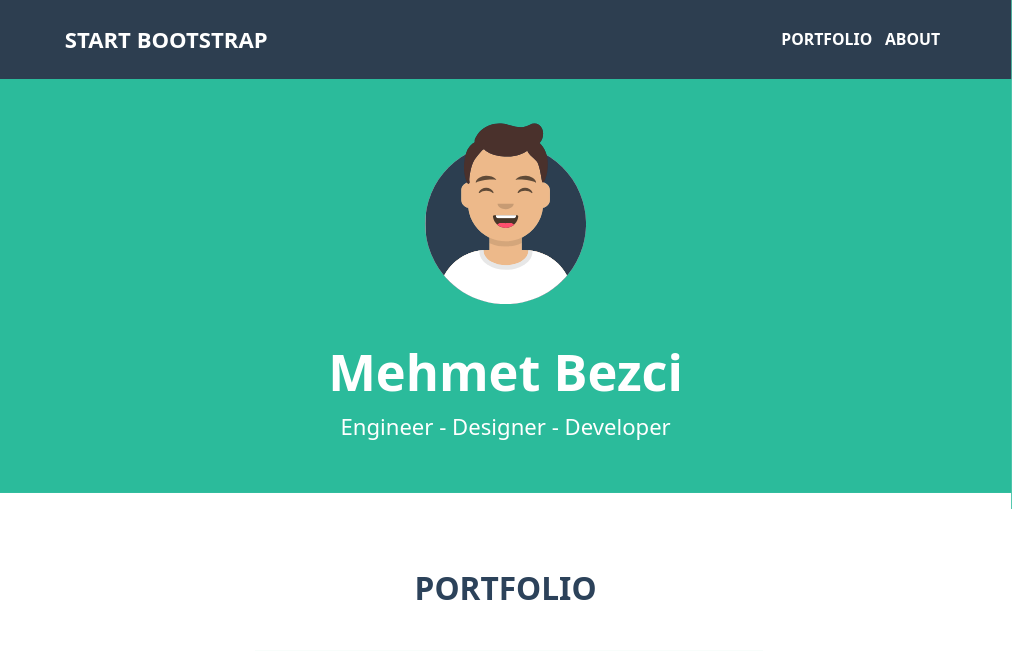
Repository: 7JaxeN7/WT-1255P-Mehmet_BEZC-
Page: index.html
These files come from the project's save history. The page is drawn as it stood at one moment and after the next save; the edit follows.
The browser window is 1280 px wide. The page is 1280 px wide, then 1292 px, so the pictures cover 1292 px, including what lies to the right of the window. The pictures show the whole page, at 79% of full size.

Above is the page before, as saved 2025-01-06 21:24:28.

### index.html
<!DOCTYPE html>
<html lang="tr">

<head>
  <meta charset="UTF-8">
  <meta name="viewport" content="width=device-width, initial-scale=1.0">
  <link rel="stylesheet" href="style.css">
  <link href="https://cdn.jsdelivr.net/npm/bootstrap@5.3.3/dist/css/bootstrap.min.css" rel="stylesheet"
    integrity="sha384-QWTKZyjpPEjISv5WaRU9OFeRpok6YctnYmDr5pNlyT2bRjXh0JMhjY6hW+ALEwIH" crossorigin="anonymous">
  <title>Start Bootstrap</title>
</head>

<body>
  <!-- Navbar -->
  <header>
    <nav class="navbar navbar-expand-lg navbar-bg">
      <div class="container pt-3 pb-3">
        <a class="navbar-brand text-white fw-bolder fs-3" href="#">START BOOTSTRAP</a>
        <button class="navbar-toggler" type="button" data-bs-toggle="collapse" data-bs-target="#navbarNav"
          aria-controls="navbarNav" aria-expanded="false" aria-label="Toggle navigation">
          <span class="navbar-toggler-icon"></span>
        </button>
        <div class="collapse navbar-collapse" id="navbarNav">
          <ul class="navbar-nav ms-auto">
            <li class="nav-item">
              <a class="nav-link text-white fw-bolder fs-5" href="#">PORTFOLIO</a>
            </li>
            <li class="nav-item">
              <a class="nav-link text-white fw-bolder fs-5" href="#">ABOUT</a>
            </li>
          </ul>
        </div>
      </div>
    </nav>
  </header>
  <!-- Herosection -->
   <div class="herosection-bg pt-5 pb-5">
    <div class="container text-center">
      <img src="/assets/img/avataaars.svg" width="20%"/>
    <h1 class="mt-5 text-white fw-bolder display-3">Mehmet Bezci</h1>
    <p class="text-white fs-3">Engineer - Designer - Developer</p>
    </div>
   </div>
   <!-- Portfolio -->
    <div class="portfolio-section">
      <h2 class="text-center mt-5 pt-5 pb-5 fs-1 fw-semibold portfolio-tittle">PORTFOLIO</h2>
      <div class="row">

      </div>
    </div>
  <!-- Burası bootstrap script kısmı -->
  <script src="https://cdn.jsdelivr.net/npm/bootstrap@5.3.3/dist/js/bootstrap.bundle.min.js"
    integrity="sha384-YvpcrYf0tY3lHB60NNkmXc5s9fDVZLESaAA55NDzOxhy9GkcIdslK1eN7N6jIeHz"
    crossorigin="anonymous"></script>
</body>

</html>

### style.css
.navbar-bg {
  background-color: #2d3e50 !important;
}
.herosection-bg{
    background-color: #2bbb9b ;
}
.portfolio-tittle{
    color: #2c425a;
}

After the next save:
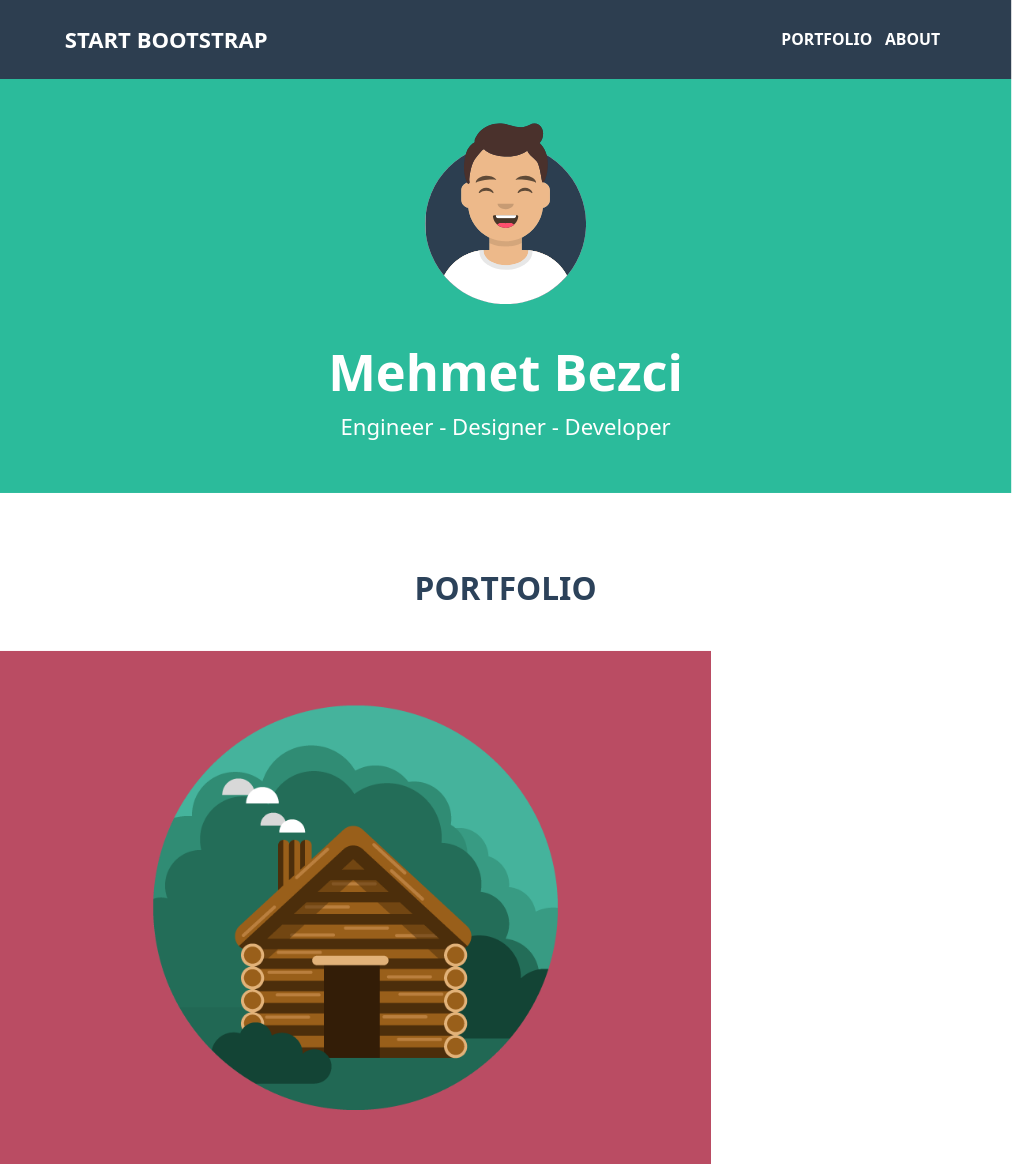
Saved 72 s later.
--- a/index.html
+++ b/index.html
@@ -45,7 +45,11 @@
     <div class="portfolio-section">
       <h2 class="text-center mt-5 pt-5 pb-5 fs-1 fw-semibold portfolio-tittle">PORTFOLIO</h2>
       <div class="row">
-
+        <div class="col-4">
+          <img src="/assets/img/cabin.png"
+        </div>
+        <div class="col-4"></div>
+        <div class="col-4"></div>
       </div>
     </div>
   <!-- Burası bootstrap script kısmı -->
